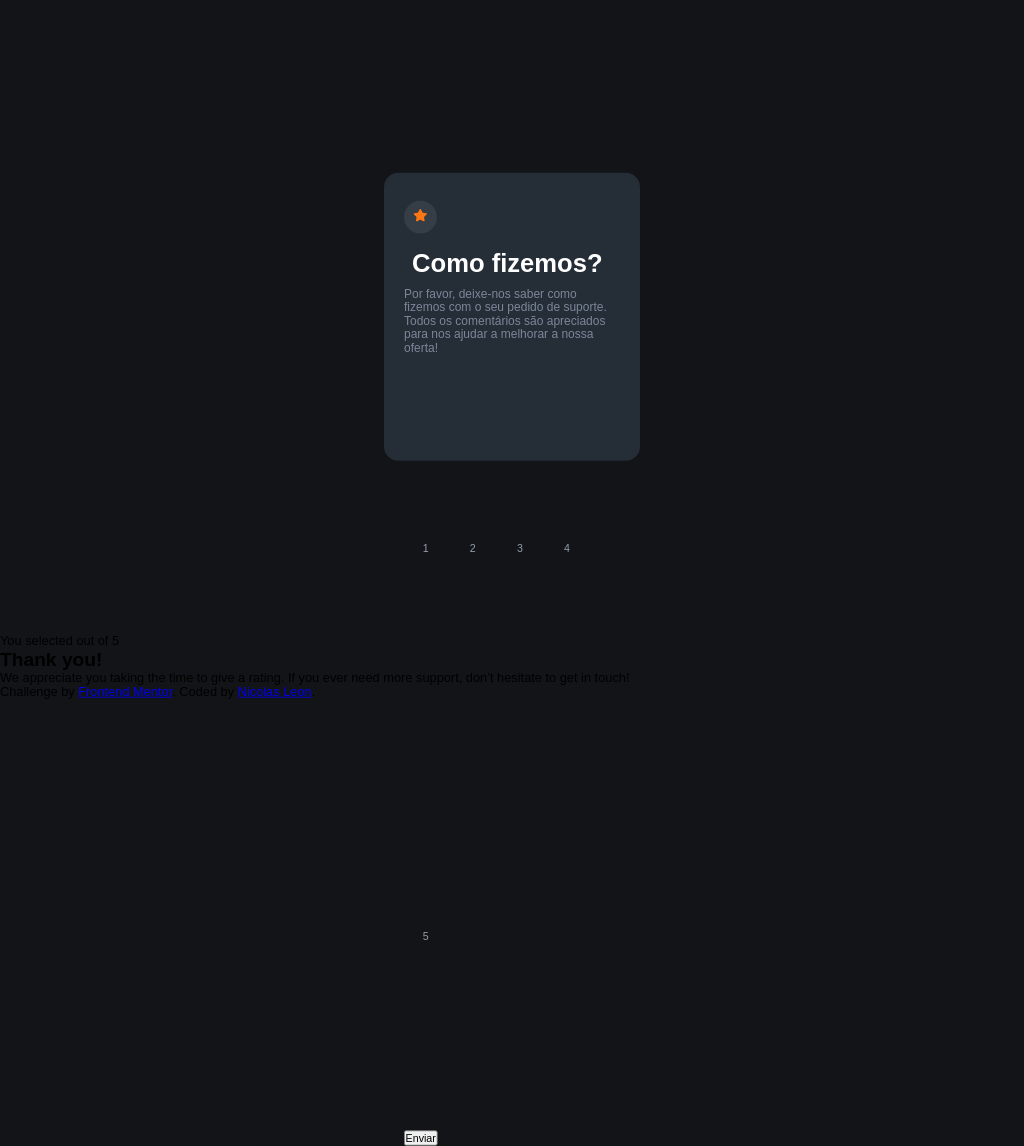
Repository: Leonngc/projeto-avaliacao
Page: index.html
The author's editor kept a copy of each file at every save. The page is drawn from the files as they stood at one save, then again after the next save.
The browser window is 1280 px wide. The pictures show the whole page, at 80% of full size.
Some web fonts or font styles are not loaded; a fallback is used.

Above is the page before, as saved 2023-01-26 11:34:01.

### index.html
<!DOCTYPE html>
<html lang="en">
<head>
  <meta charset="UTF-8">
  <meta name="viewport" content="width=device-width, initial-scale=1.0"> <!-- displays site properly based on user's device -->

  <link rel="icon" type="image/png" sizes="32x32" href="./images/favicon-32x32.png">

  <title>Frontend Mentor | Interactive rating component</title>

  <link rel="stylesheet" href="styles/style.css">
</head>
<body>

  <!-- Rating state start -->
<form id="avaliation-form">

  <span id="icon-star">
    <img src="images/icon-star.svg" alt="">
  </span>

    <h1>Como fizemos?</h1>

    <p>
      Por favor, deixe-nos saber como fizemos com o seu pedido de suporte. Todos os comentários são apreciados
      para nos ajudar a melhorar a nossa oferta!
    </p>

    <div id="avaliation-btns">
      <input type="button" value="1" class="avaliation">
      <input type="button" value="2" class="avaliation">
      <input type="button" value="3"  class="avaliation">
      <input type="button" value="4"  class="avaliation">
      <input type="button" value="5"  class="avaliation">
    </div>

    <input type="submit" onclick="sent()" value="Enviar"></input>
</form>

  <!-- Rating state end -->

  <!-- Thank you state start -->

  <section id="result-avaliation">
    <p id="avaliacao-user">You selected <!-- Add rating here --> out of 5</p>
    <h1>Thank you!</h1>
    <p>
      We appreciate you taking the time to give a rating. If you ever need more support,
      don’t hesitate to get in touch!
    </p>
  </section>

  <!-- Thank you state end -->


  <div class="attribution">
    Challenge by <a href="https://www.frontendmentor.io?ref=challenge" target="_blank">Frontend Mentor</a>.
    Coded by <a href="#">Nicolas Leon</a>.
  </div>
</body>
</html>

### styles/style.css
@import url('https://fonts.googleapis.com/css2?family= Viaduto & display = swap');
:root{
    --very-dark-blue:hsl(216, 12%, 8%);
    --dark-blue:hsl(213, 19%, 18%);
    --medium-grey: hsl(216, 12%, 54%);
    --light-grey:hsl(217, 12%, 63%);
}

*{
    margin: 0;
    padding: 0;
    box-sizing: border-box;
}

body{
    background-color:var(--very-dark-blue);
    font-family: 'Overpass', sans-serif;
}
span{
    background-color: rgba(255, 255, 255, 0.074);
    padding: 12px;
    border-radius: 50%;
    text-align: center;
}

span > img{
    margin-top: 20px;
}

#avaliation-form{
    background-color:var(--dark-blue);
    width: 25vw;
    height: 50vh;
    padding: 25px;
    margin: 30vh auto;
    color: white;
    border-radius: 18px;
}

#avaliation-form > h1{
    padding: 10px;
    margin-top: 20px;
}

#avaliation-form > p{
    color:var(--medium-grey);
    font-size: 15px;
}

.avaliation{
    margin: 220px 8px;
    border-radius: 66%;
    padding: 15px;
    border: none;
    background-color: var(--very-dark-blue);
    color: var(--light-grey);
    width: 3vw;
}

After the next save:
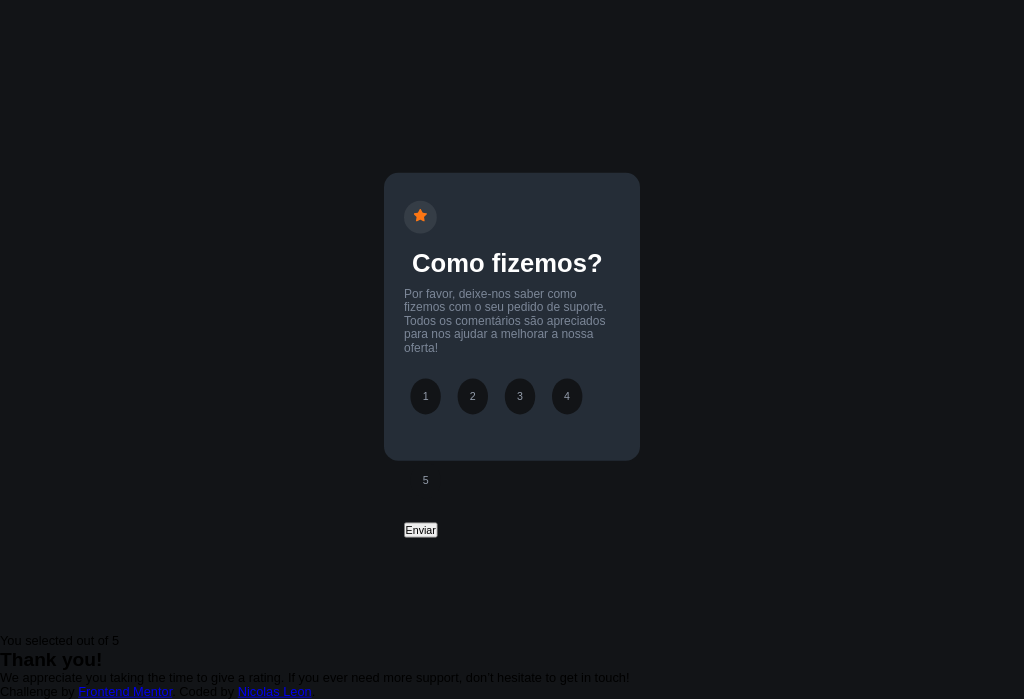
Saved 5 s later.
--- a/styles/style.css
+++ b/styles/style.css
@@ -48,7 +48,7 @@ span > img{
 }
 
 .avaliation{
-    margin: 220px 8px;
+    margin: 30px 8px;
     border-radius: 66%;
     padding: 15px;
     border: none;
